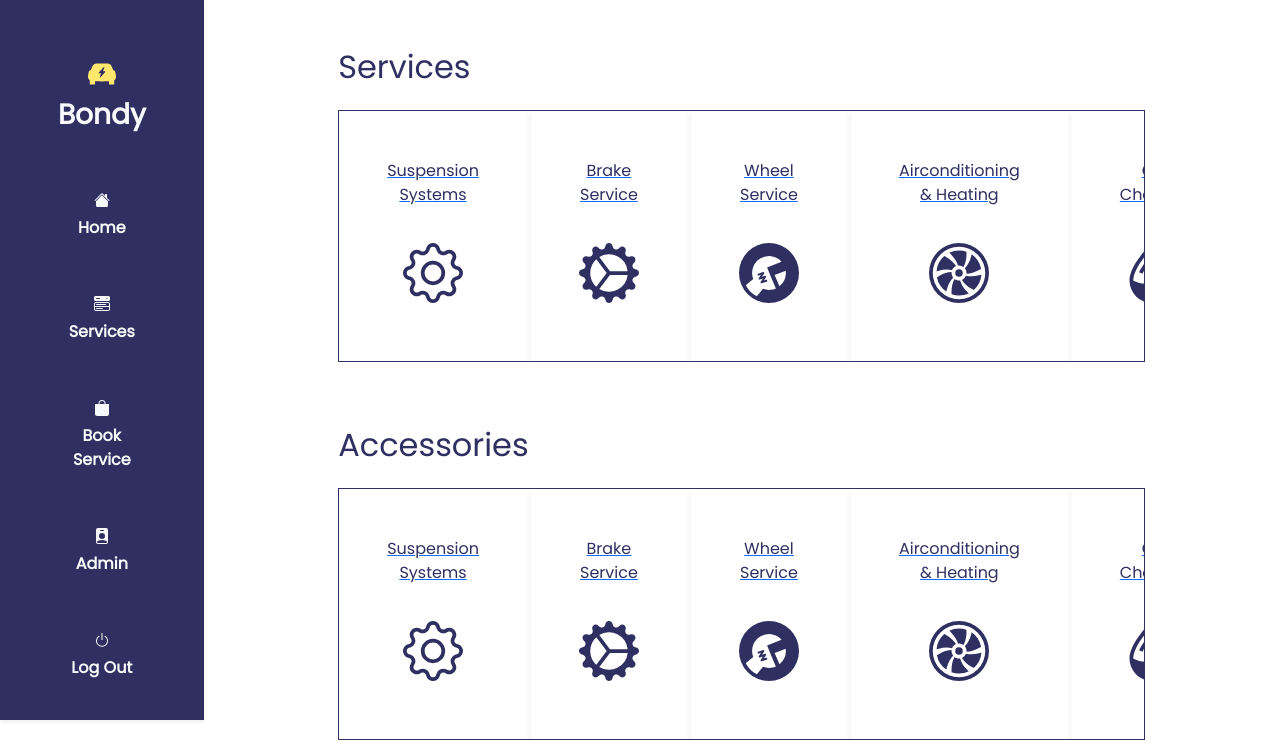
Repository: duzzisantos/bondy
Page: /
An editor plug-in stored every save of this project. The page is shown before and after the next save, followed by the edit.
The browser window is 1280 px wide. The pictures show the whole page.
Some web libraries are served in a nearby version. The project was rebuilt for these pictures with package versions that can differ from the ones it lists, and the page was loaded fresh each time.

Above is the page before, as saved 2023-06-18 01:33:59.

### public/index.html
<!DOCTYPE html>
<html lang="en">
  <head>
    <meta charset="utf-8" />
    <link rel="icon" href="%PUBLIC_URL%/favicon.ico" />
    <meta name="viewport" content="width=device-width, initial-scale=1" />
    <meta name="theme-color" content="#000000" />
    <meta
      name="description"
      content="Web site created using create-react-app"
    />
    <link rel="apple-touch-icon" href="%PUBLIC_URL%/logo192.png" />
    <!-- Option 1: Include in HTML -->
    <link
      rel="stylesheet"
      href="https://cdn.jsdelivr.net/npm/bootstrap-icons@1.3.0/font/bootstrap-icons.css"
    />
    <link rel="preconnect" href="https://fonts.googleapis.com" />
    <link rel="preconnect" href="https://fonts.gstatic.com" crossorigin />
    <!--
      manifest.json provides metadata used when your web app is installed on a
      user's mobile device or desktop. See https://developers.google.com/web/fundamentals/web-app-manifest/
    -->
    <link rel="manifest" href="%PUBLIC_URL%/manifest.json" />
    <!--
      Notice the use of %PUBLIC_URL% in the tags above.
      It will be replaced with the URL of the `public` folder during the build.
      Only files inside the `public` folder can be referenced from the HTML.

      Unlike "/favicon.ico" or "favicon.ico", "%PUBLIC_URL%/favicon.ico" will
      work correctly both with client-side routing and a non-root public URL.
      Learn how to configure a non-root public URL by running `npm run build`.
    -->
    <title>React App</title>
  </head>
  <body>
    <noscript>You need to enable JavaScript to run this app.</noscript>
    <div id="root"></div>
    <!--
      This HTML file is a template.
      If you open it directly in the browser, you will see an empty page.

      You can add webfonts, meta tags, or analytics to this file.
      The build step will place the bundled scripts into the <body> tag.

      To begin the development, run `npm start` or `yarn start`.
      To create a production bundle, use `npm run build` or `yarn build`.
    -->
  </body>
</html>

### src/index.js
import React from "react";
import ReactDOM from "react-dom/client";
import "./index.css";
import App from "./App";
import "bootstrap/dist/css/bootstrap.min.css";
import { BrowserRouter as Router } from "react-router-dom";

const root = ReactDOM.createRoot(document.getElementById("root"));
root.render(
  <React.StrictMode>
    <Router>
      <App />
    </Router>
  </React.StrictMode>
);

### src/App.js
import "./App.css";
import "bootstrap";
import SideBar from "./components/Navigation/SideBar";
import { Routes, Route } from "react-router-dom";
import LandingPage from "./views/LandingPage";
function App() {
  return (
    <div className="App d-flex flex-row flex-nowrap">
      <SideBar />
      <Routes>
        <Route path="/" element={<LandingPage />} />
        <Route path="/home" element={<LandingPage />} />
      </Routes>
    </div>
  );
}

export default App;

### src/App.css
@import url("https://fonts.googleapis.com/css2?family=Cabin&family=Montserrat:wght@200&family=Poppins&display=swap");

* {
  font-family: "Poppins", sans-serif;
}
.App {
  text-align: center;
}

.custom-color {
  color: #2f3061 !important;
}

.custom-bg-color {
  background-color: #2f3061;
}

.custom-border {
  border: 1px solid #2f3061;
}

### src/components/Navigation/SideBar.tsx
import React, { FunctionComponent } from "react";
import "react-bootstrap";
import "../../App.css";
import "./Navigation.scss";
import { Link } from "react-router-dom";
import {
  HouseFill,
  BagFill,
  PersonBadgeFill,
  Power,
  EvFrontFill,
  MenuButtonWideFill,
} from "react-bootstrap-icons";

const commonLinkClasses =
  "d-flex flex-column justify-content-center align-items-center p-1 gap-2 text-light text-decoration-none fw-bold";
const SideBar: FunctionComponent = () => {
  return (
    <div className="col-2 vh-100 custom-bg-color shadow-sm p-5 text-light d-flex flex-column vstack gap-5">
      <Link to={"/"} className={commonLinkClasses + " fs-3"}>
        <span>
          <EvFrontFill className="brand-icon-color" /> Bondy
        </span>
      </Link>
      <Link to={"/home"} className={commonLinkClasses}>
        <HouseFill />
        Home
      </Link>

      <Link to={"/services"} className={commonLinkClasses}>
        <MenuButtonWideFill />
        Services
      </Link>

      <Link to={"/book-service"} className={commonLinkClasses}>
        <BagFill />
        Book Service
      </Link>

      <Link to={"/admin"} className={commonLinkClasses}>
        <PersonBadgeFill />
        Admin
      </Link>

      <Link to={"/logout"} className={commonLinkClasses}>
        <Power />
        Log Out
      </Link>
    </div>
  );
};

export default SideBar;

### src/views/LandingPage.tsx
import React, { FunctionComponent } from "react";
import "../components/Home/LandingPage.scss";
import LandingPageScrollContainer from "src/components/Home/LandingPageScrollContainer";
import { servicesList } from "src/components/Home/landingPageContent";

const LandingPage: FunctionComponent = () => {
  const handleClick = () => {
    console.log("This was clicked");
  };
  return (
    <div className="col-lg-11 pt-5 vstack gap-5 d-flex flex-column align-items-center">
      <LandingPageScrollContainer
        content={servicesList}
        category="Services"
        handleClick={handleClick}
      />
      <LandingPageScrollContainer
        content={servicesList}
        category="Accessories"
        handleClick={handleClick}
      />
    </div>
  );
};

export default LandingPage;

### src/components/Navigation/Navigation.scss
.brand-icon-color {
  color: #ffe66d !important;
}

### src/components/Home/LandingPage.scss
.scroll-container-fixed {
  position: fixed !important;
}

.scroll-container-size {
  height: 330px !important;
}

.service-card {
  height: 270px !important;
}

.service-icon-font {
  font-size: 60px !important;
}

### src/components/Home/LandingPageScrollContainer.tsx
import React, { FunctionComponent } from "react";
import "../../App.css";
import { Link } from "react-router-dom";

interface ScrollContainerProps {
  content: any[];
  category: string;
  handleClick: any;
}
const LandingPageScrollContainer: FunctionComponent<ScrollContainerProps> = ({
  content,
  category,
  handleClick,
}) => {
  return (
    <section className=" col-9 scroll-container-size">
      <h2 className="text-start mb-4 custom-color">{category}</h2>
      <div className="overflow-x-scroll w-100 d-flex flex-row hstack gap-1 custom-border">
        {content.map((element, index) => (
          <Link
            to={`/services/${element.category}`}
            key={index}
            onClick={handleClick}
          >
            <div
              className={`text-decoration-none text-dark p-5 shadow-sm d-flex flex-column vstack gap-3`}
            >
              <span className="custom-color">{element.category}</span>
              <span className={`service-icon-font custom-color`}>
                {element.icon}
              </span>
            </div>
          </Link>
        ))}
      </div>
    </section>
  );
};

export default LandingPageScrollContainer;

### src/components/Home/landingPageContent.tsx
import React from "react";
import {
  Gear,
  GearWideConnected,
  WrenchAdjustableCircleFill,
  Fan,
  DropletHalf,
  CarFrontFill,
} from "react-bootstrap-icons";
export const servicesList = [
  {
    id: 1,
    category: "Suspension Systems",
    icon: <Gear />,
  },
  {
    id: 2,
    category: "Brake Service",
    icon: <GearWideConnected />,
  },
  {
    id: 3,
    category: "Wheel Service",
    icon: <WrenchAdjustableCircleFill />,
  },
  {
    id: 4,
    category: "Airconditioning & Heating",
    icon: <Fan />,
  },
  {
    id: 5,
    category: "Oil Change",
    icon: <DropletHalf />,
  },
  {
    id: 6,
    category: "Body Work",
    icon: <CarFrontFill />,
  },
];

Loaded but not shown: src/index.css (common file)

After the next save:
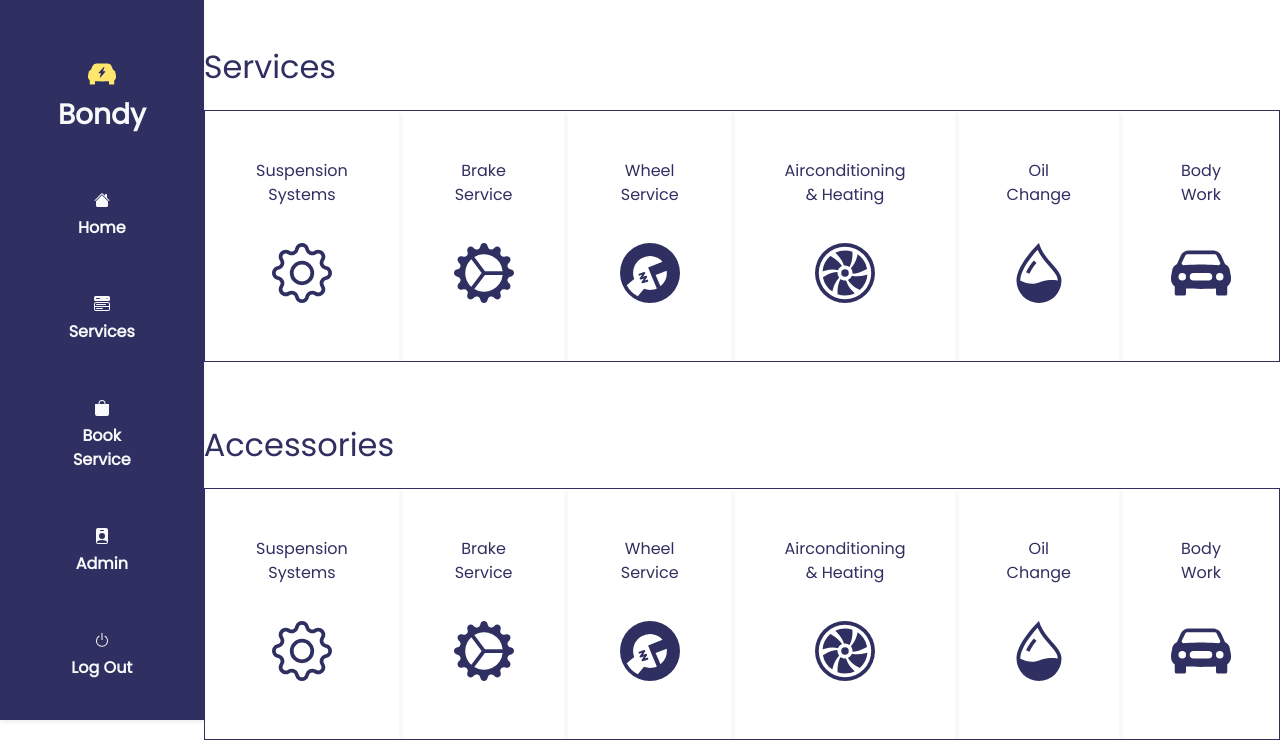
Saved 22 s later.
--- a/src/components/Home/LandingPageScrollContainer.tsx
+++ b/src/components/Home/LandingPageScrollContainer.tsx
@@ -13,23 +13,20 @@ const LandingPageScrollContainer: FunctionComponent<ScrollContainerProps> = ({
   handleClick,
 }) => {
   return (
-    <section className=" col-9 scroll-container-size">
+    <section className=" scroll-container-size">
       <h2 className="text-start mb-4 custom-color">{category}</h2>
       <div className="overflow-x-scroll w-100 d-flex flex-row hstack gap-1 custom-border">
         {content.map((element, index) => (
           <Link
             to={`/services/${element.category}`}
             key={index}
+            className={`text-decoration-none text-dark p-5 shadow-sm d-flex flex-column vstack gap-3`}
             onClick={handleClick}
           >
-            <div
-              className={`text-decoration-none text-dark p-5 shadow-sm d-flex flex-column vstack gap-3`}
-            >
-              <span className="custom-color">{element.category}</span>
-              <span className={`service-icon-font custom-color`}>
-                {element.icon}
-              </span>
-            </div>
+            <span className="custom-color">{element.category}</span>
+            <span className={`service-icon-font custom-color`}>
+              {element.icon}
+            </span>
           </Link>
         ))}
       </div>
